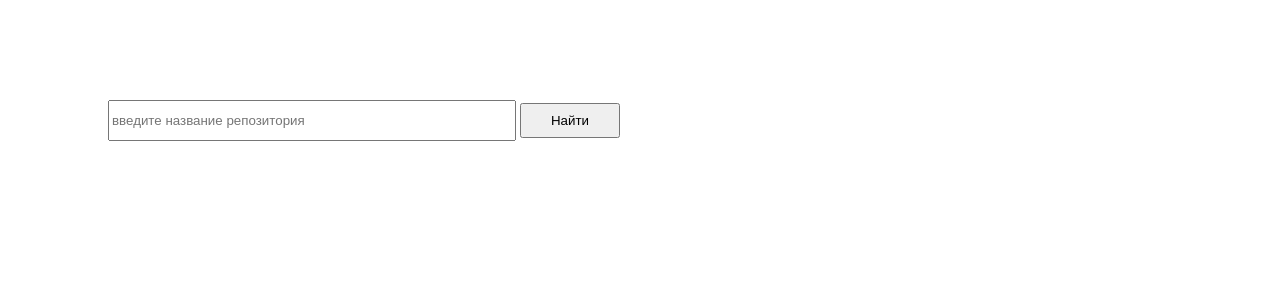
Repository: Grid-Master/repositoriesSearch
Page: index.html
The author's editor kept a copy of each file at every save. The page is drawn from the files as they stood at one save, then again after the next save.
The browser window is 1280 px wide. The pictures show the whole page.
The page's requests for data from a server got no answer.

Above is the page before, as saved 2023-03-05 19:48:02.

### index.html
<!DOCTYPE html>
<html lang="en">
  <head>
    <meta charset="UTF-8" />
    <meta http-equiv="X-UA-Compatible" content="IE=edge" />
    <meta name="viewport" content="width=device-width, initial-scale=1.0" />
    <title>git</title>
    <style>
      form {
        margin: 100px;
      }
      button {
        width: 100px;
        height: 35px;
      }
      input {
        width: 400px;
        height: 35px;
        margin-bottom: 50px;
      }
    </style>
  </head>
  <body>
    <form>
      <input type="text" placeholder="введите название репозитория" />
      <button type="submit">Найти</button>
    </form>
    <script src="./script.js"></script>
  </body>
</html>

### script.js
let repositories = [];
const token = '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';

async function getRepositories() {
  let response = await fetch(`https://api.github.com/repositories`, {
    headers: {
      Authorization: `Bearer ${token}`,
    },
  });

  repositories = await response.json();
}

async function func1() {
  await getRepositories();
  console.log(repositories);
  console.log(repositories.length);
}

func1();

After the next save:
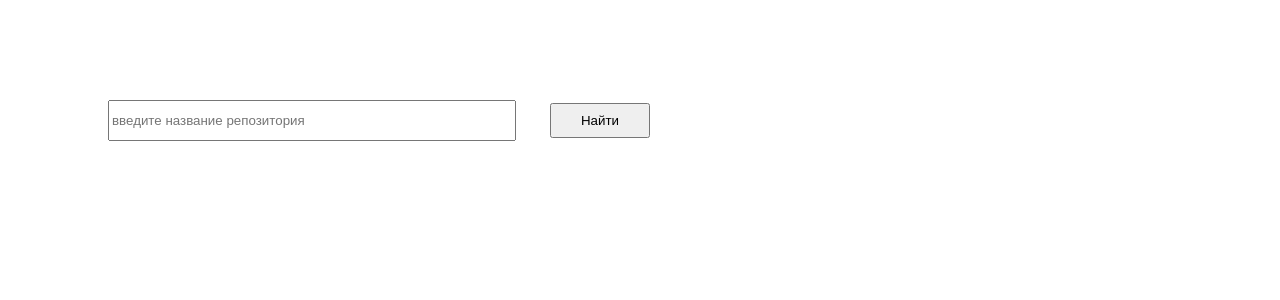
Saved 17 s later.
--- a/index.html
+++ b/index.html
@@ -17,6 +17,7 @@
         width: 400px;
         height: 35px;
         margin-bottom: 50px;
+        margin-right: 30px;
       }
     </style>
   </head>
